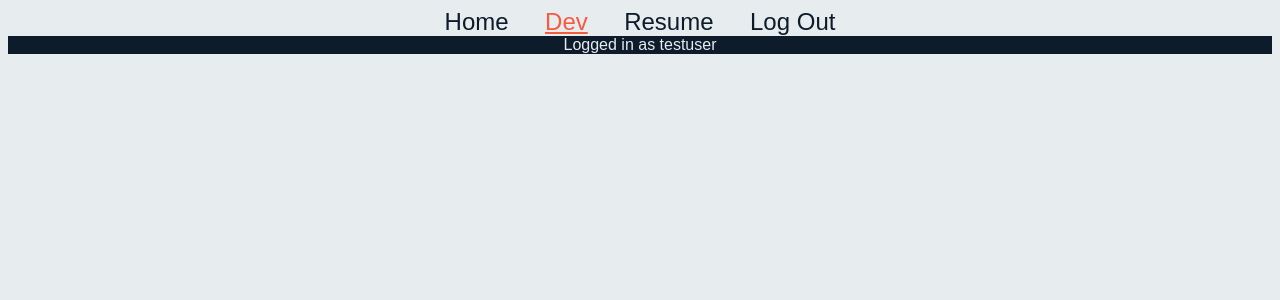
Repository: eghere-bsu/ethanghere-website
Page: http://localhost/dev.php
The author's editor kept a copy of each file at every save. The page is drawn from the files as they stood at one save, then again after the next save.
The browser window is 1280 px wide. The pictures show the whole page.
The page is run by PHP 8.4 with error messages shown; the project is at /var/www/html/. The session is filled in as if someone had signed in: {"auth": true, "username": "testuser", "powerlvl": 1}. Other server files are loaded and not shown. Queries for data that is not in the repository find no rows.

Above is the page before, as saved 2023-11-06 14:37:47.

### dev.php
<?php
   $page = 'dev';
   require_once 'navbar.php';
   require_once 'Dao.php';
   $dao = new Dao();
   $display = 'none';
   //Check if user has permission to create a post
   if (isset($_SESSION['auth']) && $_SESSION['auth'] === true) {
      if (isset($_SESSION['username']) && ($dao->getPowerlvl($_SESSION['username']) == 1)) {
         $display = 'inline'; //show "create post" button
      }
   }
?>
<div class="toggle">
   <h1>Add a New Post</h1>
   <form id ="hiddenForm" action="post_handler.php" method="post" enctype="multipart/form-data">
      <label for="title">Title:</label>
      <input type="text" id="title" name="title" required><br>

      <label for="description">Description:</label><br>
      <textarea id="description" name="description" rows="4" cols="50"></textarea><br>

      <label for="post_link">Post Link:</label>
      <input type="text" id="post_link" name="post_link"><br>

      <label for="image_url">Image URL:</label>
      <input type="text" id="image_url" name="image_url"><br>

      <input type="submit" value="Submit">
   </form>
</div>
<?php
   require_once 'footer.php';
?>

### navbar.php
<?php
   session_start();
   ini_set('display_errors', 1);
   error_reporting(E_ALL);

   // Unset session variables if logging out
   if (isset($_GET['action']) && $_GET['action'] === 'logout') {
      unset($_SESSION['auth']);
      unset($_SESSION['username']);
      unset($_SESSION['powerlvl']);
   }
   $loggedIn = isset($_SESSION['auth']) && $_SESSION['auth'] === true;
   $loginText = $loggedIn ? 'Log Out' : 'Log In';
   $loginHref = $loggedIn ? 'login.php?action=logout' : 'login.php';

   $loginButton = '<a class="' . ($page == 'login' ? 'active' : '') . '" href="' . $loginHref . '">' . $loginText . '</a>';
?>

<head>
	<link rel="stylesheet" href="styles.css">
   <link rel="icon" type="image/x-icon" href="favicon.ico">
</head>
<header><title>Ethan Ghere</title></header>
<div class="nav">
   <a class="<?php if ($page == 'home')
      { echo 'active'; }?>" href='index.php'>Home</a>
   <a class="<?php if ($page == 'dev')
      { echo 'active'; }?>" href='dev.php'>Dev</a>
   <a href="assets/resume.pdf">Resume</a>

   <?php echo $loginButton; ?>
</div>

### Dao.php
<?php
ini_set('display_errors', 1);
error_reporting(E_ALL);
// Dao.php
// class for saving and getting comments from MySQL
class Dao {

  private $host = "localhost";
  private $db = "db";
  private $user = "eghere";
  private $pass = "labrador";

  public function getConnection () {
    return
      new PDO("mysql:host={$this->host};dbname={$this->db}", $this->user,
          $this->pass);
  }

  public function createUser($username, $password, $powerlvl = 0) {
    // Hash the password
    $hashedPassword = password_hash($password, PASSWORD_BCRYPT);

    $conn = $this->getConnection();
    $createUser = "INSERT INTO Users (username, password, powerlvl) VALUES (:username, :password, :powerlvl)";
    $q = $conn->prepare($createUser);
    $q->bindParam(":username", $username);
    $q->bindParam(":password", $hashedPassword);
    $q->bindParam(":powerlvl", $powerlvl);
    $q->execute();
  }

  public function usernameExists($username) {
    $conn = $this->getConnection();
    $usernameExists =
        "SELECT COUNT(*)
        FROM Users
        WHERE username = :username";
    $q = $conn->prepare($usernameExists);
    $q->bindParam(":username", $username);
    $q->execute();
    return $q->fetchColumn() > 0;
  }

  public function validateUser($username, $password) {
    //Prepare query
    $conn = $this->getConnection();
    $validateUser =
        "SELECT user_id, password, powerlvl
        FROM Users
        WHERE username = :username";
    $q = $conn->prepare($validateUser);
    $q->bindParam(":username", $username);
    $q->execute();
    //Match password
    $userRow = $q->fetch(PDO::FETCH_ASSOC);
    if ($userRow && password_verify($password, $userRow['password'])) {
        return true;
    } else {
        return false;
    }
  }

  public function getPowerlvl ($username) {
    $conn = $this->getConnection();
    $getPowerlvl =
        "SELECT powerlvl
        FROM Users
        WHERE username = :username";
    $q = $conn->prepare($getPowerlvl);
    $q->bindParam(":username", $username);
    $q->execute();

    $powerlvl = $q->fetchColumn();
    return $powerlvl;
  }

  // public function getComments () {
  //   $conn = $this->getConnection();
  //   return $conn->query("SELECT comment, date_entered, id FROM comments ORDER BY date_entered desc")->fetchAll(PDO::FETCH_ASSOC);
  // }
} // end Dao

### footer.php
<div class="footer">
    <span class="footer" href="#nav">
    <?php
        if (isset($_SESSION['auth']) && $_SESSION['auth'] === true) {
            if (isset($_SESSION['username'])) {
                echo 'Logged in as ' . $_SESSION['username'];
            } else {
                echo 'Username not found';
            }
        } else {
            echo 'Not logged in';
        }
    ?>
    </span>
</div>

### styles.css
/* Global */
html {
   background: #e7ecef;
   color: #0d1b2a;
   font-family: sans-serif;
   text-align: center;
   margin: auto;
}

body {
   color: #0d1b2a;
}

.row {
   display: flex;
   flex-direction: row;
   width: 80%;
   margin: auto;
}

.column {
   float: left;
}

/* Navigation */
.nav a {
	color: #0d1b2a;
	padding: 14px 16px;
	font-size: 24px;
	text-decoration: none;
}

.nav a.active {
	color: #f85a3e;
   text-decoration: underline;
}

/* Footer */
.footer {
   /* position: fixed;
   left: 0;
   bottom: 0; */
   width: 100%;
   background-color: #0d1b2a;
   color: #e7ecef;
   text-decoration: none;
}

/* Homepage */

.hero-l {
   width: 15%;
}

.hero-m {
   width: 30%;
}

.hero-r {
   width: 55%;
   text-align: right;
   font-size: 1.6em;
}

.row:after {
   content: "";
   display: table;
   clear: both;
}

.name {
   color: #f85a3e;
   display: flex;
   flex-direction: column;
   float: left;
   margin: 0;
   font-size: 5em;
   line-height: 1em;
   word-wrap: break-word;
   border-left: 8px solid #f85a3e;
   padding-left: 8px;
}


/* bumper.html */
.bumper {
   background-color: #0d1b2a;
   width: 100%;
   height: 10vh;
}

/* dev.php */

.toggle {
   display: none;
}

After the next save:
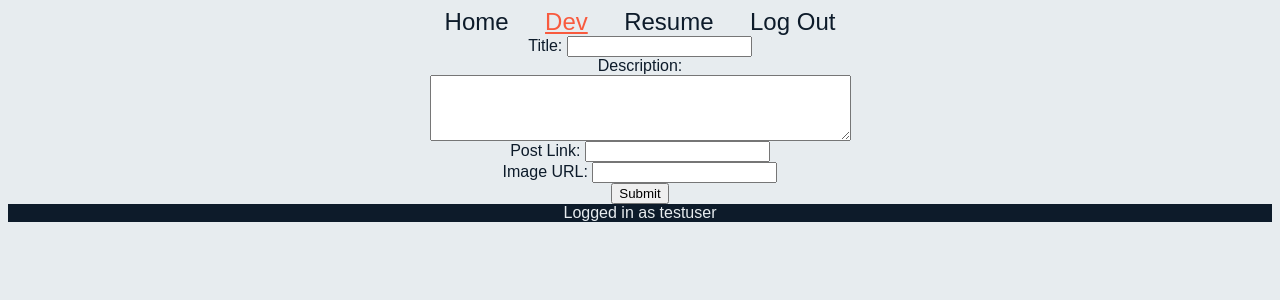
Saved 2 min 6 s later.
--- a/dev.php
+++ b/dev.php
@@ -11,7 +11,7 @@
       }
    }
 ?>
-<div class="toggle">
+<div stlye="<?php echo 'display: ' . $display . ';'?>>
    <h1>Add a New Post</h1>
    <form id ="hiddenForm" action="post_handler.php" method="post" enctype="multipart/form-data">
       <label for="title">Title:</label>

After the save that followed:
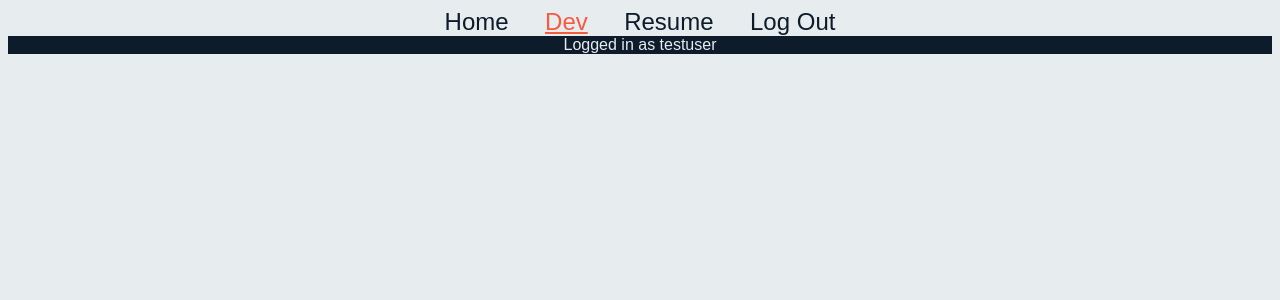
Saved 8 s later.
--- a/dev.php
+++ b/dev.php
@@ -11,7 +11,7 @@
       }
    }
 ?>
-<div stlye="<?php echo 'display: ' . $display . ';'?>>
+<div style="<?php echo 'display: ' . $display . ';'?>>
    <h1>Add a New Post</h1>
    <form id ="hiddenForm" action="post_handler.php" method="post" enctype="multipart/form-data">
       <label for="title">Title:</label>
